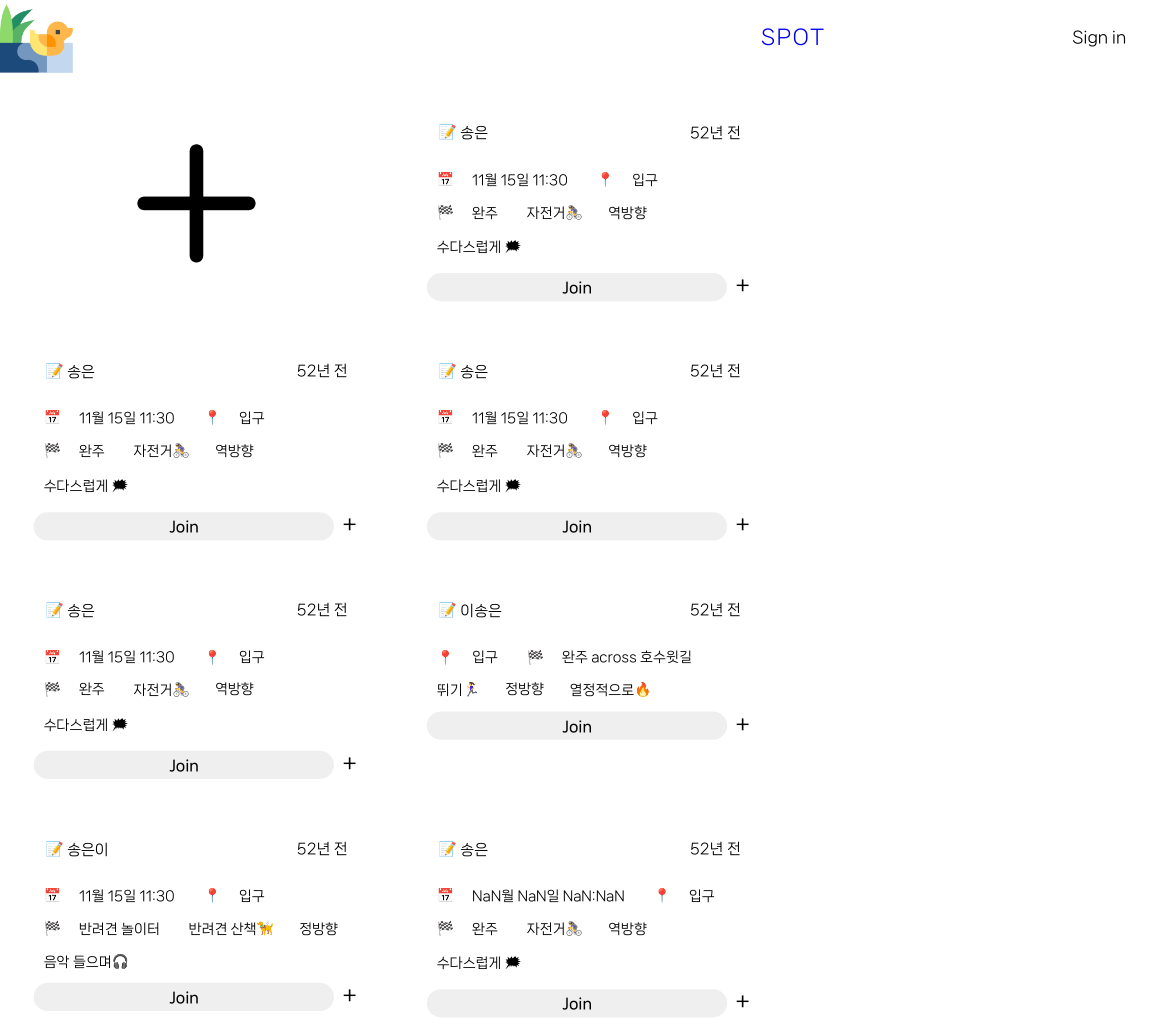
Repository: songeunleee/youngrangho
Page: /
An editor plug-in stored every save of this project. The page is shown before and after the next save, followed by the edit.
The browser window is 1280 px wide. The pictures show the whole page, at 91% of full size.
The page's requests for data from a server got no answer. Some web libraries are served in a nearby version. The project was rebuilt for these pictures with package versions that can differ from the ones it lists, and the page was loaded fresh each time. Some packages were replaced by stand-ins written for this rebuild. No one was signed in, and anything a server would have sent is missing. Also part of the build but not shown: src/app.module.css, src/components/add_card/add_card.module.css, src/components/add_card/add_card.jsx, src/components/activity/activity.module.css, src/components/add_form/add_form.module.css, src/components/add_form/add_form.jsx, src/components/footer/footer.module.css, src/components/footer/footer.jsx and 10 more.

Above is the page before, as saved 2022-11-12 03:16:18.

### public/index.html
<!DOCTYPE html>
<html lang="en">
  <head>
    <meta charset="utf-8" />
    <script src="https://cdn.jsdelivr.net/npm/sweetalert2@10"></script>
    <script
      src="https://kit.fontawesome.com/7fb71a1d7b.js"
      crossorigin="anonymous"
    ></script>
    <link rel="icon" href="%PUBLIC_URL%/favicon.ico" />
    <meta name="viewport" content="width=device-width, initial-scale=1" />
    <meta name="theme-color" content="#000000" />
    <link rel="preconnect" href="https://fonts.googleapis.com" />
    <link rel="preconnect" href="https://fonts.gstatic.com" crossorigin />
    <link
      href="https://fonts.googleapis.com/css2?family=Noto+Sans+KR:wght@100;300;400&family=Noto+Serif+KR:wght@200;400&family=Varela+Round&display=swap"
      rel="stylesheet"
    />

    <meta
      name="description"
      content="Web site created using create-react-app"
    />
    <link rel="apple-touch-icon" href="%PUBLIC_URL%/logo192.png" />
    <!--
      manifest.json provides metadata used when your web app is installed on a
      user's mobile device or desktop. See https://developers.google.com/web/fundamentals/web-app-manifest/
    -->
    <link rel="manifest" href="%PUBLIC_URL%/manifest.json" />
    <!--
      Notice the use of %PUBLIC_URL% in the tags above.
      It will be replaced with the URL of the `public` folder during the build.
      Only files inside the `public` folder can be referenced from the HTML.

      Unlike "/favicon.ico" or "favicon.ico", "%PUBLIC_URL%/favicon.ico" will
      work correctly both with client-side routing and a non-root public URL.
      Learn how to configure a non-root public URL by running `npm run build`.
    -->
    <title>React App</title>
  </head>
  <body>
    <noscript>You need to enable JavaScript to run this app.</noscript>
    <div id="root"></div>
    <!--
      This HTML file is a template.
      If you open it directly in the browser, you will see an empty page.

      You can add webfonts, meta tags, or analytics to this file.
      The build step will place the bundled scripts into the <body> tag.

      To begin the development, run `npm start` or `yarn start`.
      To create a production bundle, use `npm run build` or `yarn build`.
    -->
  </body>
</html>

### src/index.css
@font-face {
  font-family: "font1";
  src: url("../public/fonts/NanumSquareNeo-aLt.ttf") format("truetype");
  font-weight: normal;
}

@font-face {
  font-family: "font2";
  src: url("../public/fonts/NanumSquareNeo-bRg.ttf") format("truetype");
  font-weight: bold;
}

@font-face {
  font-family: "font3";
  src: url("../public/fonts/NanumSquareNeo-cBd.ttf") format("truetype");
  font-weight: bold;
}

@font-face {
  font-family: "font4";
  src: url("../public/fonts/NanumSquareNeo-eHv.ttf") format("truetype");
  font-weight: bold;
}
body {
  margin: 0;
  font-family: -apple-system, BlinkMacSystemFont, "Segoe UI", "Roboto", "Oxygen",
    "Ubuntu", "Cantarell", "Fira Sans", "Droid Sans", "Helvetica Neue",
    sans-serif;
  -webkit-font-smoothing: antialiased;
  -moz-osx-font-smoothing: grayscale;
  height: 100%;
}

code {
  font-family: source-code-pro, Menlo, Monaco, Consolas, "Courier New",
    monospace;
}
html {
}
#root {
  margin: 0;
  display: flex;
  flex-direction: column;
  height: 100%;
}

### src/app.jsx
import { useEffect, useState } from "react";
import { BrowserRouter, Route, Routes } from "react-router-dom";
import styles from "./app.module.css";
import Activity from "./components/activity/activity";
import AddForm from "./components/add_form/add_form";
import Footer from "./components/footer/footer";
import Header from "./components/header/header";
import Home from "./components/home/home";
import Spot from "./components/spot/spot";

function App({ authService, fileUpload, repository }) {
  const [user, setUser] = useState(null);

  const getUser = (user) => {
    setUser(user);
  };

  useEffect(() => {
    authService.onAuthChange((user) => {
      if (user) {
        setUser(user);
      } else {
      }
    });
  }, [authService]);

  return (
    <>
      <BrowserRouter>
        <Header authService={authService} getUser={getUser} user={user} />
        <Routes>
          <Route
            path="/"
            element={
              <Activity
                authService={authService}
                repository={repository}
                user={user}
              />
            }
          />
          <Route
            path="/activity"
            element={
              <Activity
                authService={authService}
                repository={repository}
                user={user}
              />
            }
          />
          <Route
            path="/spot"
            element={
              <Spot
                authService={authService}
                user={user}
                fileUpload={fileUpload}
                repository={repository}
              />
            }
          />
          <Route
            path="/add"
            element={<AddForm user={user} repository={repository} />}
          />
        </Routes>
      </BrowserRouter>
    </>
  );
}

export default App;

### src/components/header/header.jsx
import React, { useEffect } from "react";
import { useState } from "react";
import { Link, useLocation } from "react-router-dom";
import styles from "./header.module.css";

const Header = ({ authService, getUser, user }) => {
  const location = useLocation().pathname;

  const isSpot = (location) => {
    return location === "/spot" ? true : false;
  };

  const onSignin = () => {
    authService.signin().then((data) => getUser(data.user));
  };

  const onSignout = () => {
    authService.signout();
    getUser(null);
  };

  return (
    <header className={styles.header}>
      <Link
        className={`${styles.logolink} ${
          !isSpot(location) ? styles.activity : null
        } `}
        to={"/"}
      >
        <img className={styles.logo} src="./images/duck (1).png" alt="" />
      </Link>
      <Link
        className={`${styles.link} ${
          !isSpot(location) ? styles.activity : null
        }`}
        to={"/activity"}
      >
        ACTIVITY
      </Link>
      <Link
        className={`${styles.link} ${isSpot(location) ? styles.spot : null}`}
        to={"/spot"}
      >
        SPOT
      </Link>

      {user ? (
        <div className={styles.signIn}>
          <img className={styles.img} src={user.photoURL} alt="" />
          <p className={styles.name}>{user.displayName}</p>
          <button
            className={`${styles.button} ${styles.sign}`}
            onClick={onSignout}
          >
            Sign out
          </button>
        </div>
      ) : (
        <button className={`${styles.button}`} onClick={onSignin}>
          Sign in
        </button>
      )}
    </header>
  );
};

export default Header;

### src/components/activity_list/activity_list.jsx
import React from "react";
import { useNavigate } from "react-router-dom";
import ActivityItem from "../activity_item/activity_item";
import AddCard from "../add_card/add_card";
import styles from "./activity_list.module.css";

const ActivityList = ({ cards, user, addJoin, DropJoin }) => {
  const navigate = useNavigate();
  const clickAddCard = () => {
    navigate("/add");
  };
  return (
    <section className={styles.container}>
      <div className={styles.list}>
        <div onClick={clickAddCard} className={styles.box}>
          <div className={styles.addCard}>
            <i className={`fa-solid fa-plus ${styles.img}`}></i>
          </div>
        </div>
        {Object.keys(cards)
          .map((key) => (
            <ActivityItem
              key={key}
              card={cards[key]}
              user={user}
              addJoin={addJoin}
              DropJoin={DropJoin}
            />
          ))
          .reverse()}
      </div>
    </section>
  );
};

export default ActivityList;

### src/components/header/header.module.css
@value mainBlue, mainLightBlue,sideBlue, textWhite from '../../common/colors.css';
@value mediaQuery from '../../common/size.css';

.header {
  display: flex;
  height: 5rem;
  align-items: center;
  position: relative;
}
.logolink {
  height: 100%;
}

.logolink.activity {
  background-color: white;
}
.logo {
  height: 100%;

  transition: all 150ms ease-in;
}

.logo:hover {
  background-color: mainBlue;
}
.link {
  height: 100%;
  display: flex;
  justify-content: center;
  align-items: center;
  flex: 0.8;
  text-decoration: none;
  color: mainBlue;
  font-size: 1.4rem;
  font-family: "font2";
  letter-spacing: 2px;
  font-weight: 500;
  text-align: center;
  transition: letter-spacing 150ms ease-in;
}

.link.spot {
  background-color: mainBlue;
  color: white;
}

.link.activity {
  background-color: mainBlue;
  color: white;
}

.signIn {
  flex: 0.4;
  display: flex;
  justify-content: center;
  align-items: center;
  padding-left: 0.5rem;
  padding-right: 0.5rem;
}

.img {
  border-radius: 50%;
  width: 50px;
  height: 50px;
}

.name {
  padding-left: 1rem;
  padding-right: 1rem;
  font-family: "font3";
  color: sideBlue;
}

.button.sign {
  flex: 0.6;
  width: 100%;
}

.button {
  font-size: 1.1rem;
  font-weight: 500;
  font-family: "font2";
  flex: 0.2;
  background: none;
  cursor: pointer;
  border: none;
  color: mainBlue;
  transition: letter-spacing 250ms ease-in;
}

.link:hover {
  letter-spacing: 0;
}

.button:hover {
  letter-spacing: 1px;
}

@media screen and (max-width: mediaQuery) {
  .name {
    display: none;
  }
  .img {
    display: none;
  }
  .logolink {
    display: none;
  }
}

### src/components/activity_item/activity_item.jsx
import React from "react";
import { useState } from "react";
import { useEffect } from "react";
import { useRef } from "react";
import JoinList from "../join_list/join_list";
import styles from "./activity_item.module.css";

const ActivityItem = ({ card, addJoin, DropJoin, user }) => {
  const [joinListShow, setJoinListShow] = useState(false);
  const [showDropOut, setShowDropOut] = useState(false);
  const [showJoin, setShowJoin] = useState(true);
  const [showDelete, setShowDelete] = useState(false);
  const {
    id,
    author,
    createTime,
    appointment,
    mean,
    course,
    departure,
    goal,
    mode,
    joinList,
    userUid,
  } = card;

  useEffect(() => {
    if ((user && user.uid) === userUid) {
      setShowJoin(false);
      setShowDelete(true);
    } else {
      setShowDropOut(false);
      setShowJoin(true);
      setJoinListShow(false);
      setShowDelete(false);
      if (
        user &&
        joinList &&
        card.joinList.filter((item) => item.userImg == user.photoURL).length > 0
      ) {
        setShowDropOut(true);
        setShowJoin(false);
      }
    }
  }, [user]);

  const clickJoinList = () => {
    setJoinListShow(!joinListShow);
    console.log(card);
  };

  const clickJoin = (card) => {
    user && setShowJoin(false);
    user && setShowDropOut(true);
    user && setJoinListShow(true);
    user && addJoin(card);
  };

  const clickDropOut = (card) => {
    setShowJoin(true);
    setShowDropOut(false);
    DropJoin(card);
  };

  const publishedAt = (publishedAt) => {
    const now = new Date();
    const time = new Date(publishedAt);

    const t = (now - time) / 1000;

    if (t < 60) return Math.floor(t) + "초 전";
    const tm = t / 60;
    if (tm < 60) return Math.floor(tm) + "분 전";
    const th = tm / 60;
    if (th < 24) return Math.floor(th) + "시간 전";
    const td = th / 24;
    if (td < 8) return Math.floor(td) + "일 전";
    const tw = td / 7;
    if (tw < 5) return Math.floor(tw) + "주 전";
    const tmon = td / 30;
    if (tw < 30) return Math.floor(tmon) + "달 전";
    const ty = td / 365;
    return Math.floor(ty) + "년 전";
  };

  const appointmentTime = (appointment) => {
    return (
      new Date(appointment).getMonth() +
      1 +
      "월 " +
      new Date(appointment).getDate() +
      "일 " +
      new Date(appointment).getHours() +
      ":" +
      new Date(appointment).getMinutes() +
      ""
    );
  };
  console.log(appointmentTime(appointment));
  return (
    <section className={styles.container}>
      <div className={styles.card}>
        <div className={styles.info}>
          <p className={styles.author}>📝 {author}</p>
          <p className={styles.createTime}>{publishedAt(id)}</p>
        </div>
        <div className={styles.contentBox}>
          <div className={styles.content}>
            {appointment && (
              <div className={`${styles.chip} ${styles.goal}`}>
                <div className={styles.G}>📅</div>
                {appointmentTime(appointment)}&nbsp;
                <i
                  className={`fa-solid fa-circle-xmark ${styles.chipDelete} ${
                    showDelete && styles.showDelete
                  }`}
                ></i>
              </div>
            )}
            {departure && (
              <div className={`${styles.chip} ${styles.goal}`}>
                <div className={styles.G}>📍</div>
                {departure}&nbsp;
                <i
                  className={`fa-solid fa-circle-xmark ${styles.chipDelete} ${
                    showDelete && styles.showDelete
                  }`}
                ></i>
              </div>
            )}
            {goal && (
              <div className={`${styles.chip} ${styles.goal}`}>
                <div className={styles.G}>🏁</div>
                {goal}&nbsp;
                <i
                  className={`fa-solid fa-circle-xmark ${styles.chipDelete} ${
                    showDelete && styles.showDelete
                  }`}
                ></i>
              </div>
            )}
            {mean && (
              <div className={`${styles.chip} ${styles.mean}`}>
                {mean}
                <i
                  className={`fa-solid fa-circle-xmark ${styles.chipDelete} ${
                    showDelete && styles.showDelete
                  }`}
                ></i>
              </div>
            )}
            {course && (
              <div className={`${styles.chip} ${styles.course}`}>
                {course}
                <i
                  className={`fa-solid fa-circle-xmark ${styles.chipDelete} ${
                    showDelete && styles.showDelete
                  }`}
                ></i>
              </div>
            )}
            {mode && (
              <div className={`${styles.chip} ${styles.mode}`}>
                {mode}
                <i
                  className={`fa-solid fa-circle-xmark ${styles.chipDelete} ${
                    showDelete && styles.showDelete
                  }`}
                ></i>
              </div>
            )}
          </div>
        </div>
        <div className={styles.btnBox}>
          <div className={styles.display}>
            <button
              onClick={() => clickJoin(card)}
              className={`${styles.btns} ${styles.joinBtn} ${
                showJoin && styles.showJoin
              }`}
            >
              Join
            </button>
            <button
              onClick={() => clickDropOut(card)}
              className={` ${styles.btns} ${styles.dropBtn}  ${
                showDropOut && styles.showDropBtn
              }`}
            >
              Drop Out
            </button>
            <button
              className={`${styles.btns} ${styles.delete} ${
                showDelete && styles.showDelete
              }`}
            >
              Delete
            </button>
          </div>
          <button onClick={clickJoinList} className={styles.joinlistBtn}>
            +
          </button>
        </div>
      </div>
      <div className={`${styles.joinList} ${joinListShow && styles.showList}`}>
        {joinList && <JoinList joinList={joinList} />}
      </div>
    </section>
  );
};

export default ActivityItem;

### src/components/activity_list/activity_list.module.css
@value mediaQuery1, mediaQuery2 from '../../common/size.css';
@value joinColor,deleteColor,mainBlue,mainLightBlue,sideBlue,textWhite from '../../common/colors.css';

.container {
  display: flex;
  justify-content: center;
}

.box {
  margin: 1rem 1rem;
  margin-bottom: 0;
  padding: 0.5rem 10px;
  width: 380px;
  transition: all ease-in 200ms;
}

.addCard {
  display: flex;
  justify-content: center;
  align-items: center;
  border: 5px dashed mainLightBlue;
  height: 224px;
  animation: fade-in 1s;
  animation-fill-mode: forwards;

  border-radius: 18px;
}

.img {
  font-size: 10rem;
  font-weight: 100;
  color: mainLightBlue;
}

.box:hover {
  transform: scale(1.02);
}

.list {
  width: 1300px;
  display: flex;

  flex-wrap: wrap;

  margin-top: 0.5rem;
}

@media screen and (max-width: mediaQuery1) {
  .list {
    width: 865px;
  }
}

@media screen and (max-width: mediaQuery2) {
  .list {
    width: 450px;
  }
}

### src/components/join_list/join_list.jsx
import React from "react";
import JoinItem from "../join_item/join_item";
import styles from "./join_list.module.css";
const JoinList = ({ joinList }) => {
  return (
    <div>
      {joinList.map((user, i) => (
        <JoinItem key={user.userImg} user={user} />
      ))}
    </div>
  );
};

export default JoinList;

### src/components/activity_item/activity_item.module.css
@value joinColor,deleteColor,mainBlue,mainLightBlue,sideBlue,textWhite from '../../common/colors.css';

* {
  font-family: font2;
}

.container {
  margin: 1rem 1rem;
  margin-bottom: 0;
  padding: 0.5rem 10px;
  max-width: 380px;
  justify-items: center;
}

.card {
  border: 1px mainLightBlue solid;

  padding: 0.5rem 0.5rem;
  animation: fade-in 1s;
  animation-fill-mode: forwards;
}
.info {
  display: flex;
  justify-content: space-between;
  padding: 0.5rem;
  padding-bottom: 1rem;
  margin: 0.5rem;

  border-bottom: 1px dashed mainBlue;
}
.author {
  margin: 0;
}
.createTime {
  margin: 0;
}

.contentBox {
  display: flex;
  flex: 1;
  align-items: center;
}
.content {
  display: flex;
  flex-wrap: wrap;
}
.chip {
  font-size: 15px;
  flex-wrap: nowrap;
  background-color: mainLightBlue;
  width: fit-content;
  border-radius: 18px;
  padding: 5px 10px;
  margin: 0.25rem 0.25rem;
  display: flex;
  align-items: center;
  cursor: pointer;
  transition: transform 200ms ease-in;
}

.chip.appointment {
  background-color: mainBlue;
}

.chip.goal {
  padding-top: 0;
  padding-bottom: 0;
}

.G {
  position: relative;
  background-color: sideBlue;
  border-radius: 18px;
  padding-top: 5px;
  padding-bottom: 5px;
  padding-right: 10px;
  padding-left: 10px;
  right: 10px;
}

.chip:hover {
  filter: brightness(95%);
}
.chipDelete {
  display: none;
  color: rgb(255, 255, 255);
  margin-left: 0.3rem;
  opacity: 0.9;
  border: none;
}

.chipDelete.showDelete {
  display: inline;
}

.btnBox {
  display: flex;
}

.display {
  display: flex;
  flex-direction: column;
  flex: 1;
}

.btns {
  font-size: 1rem;
  font-family: font3;
  padding: 0.4rem;
  margin: 0.2rem;
  margin-top: 0.4rem;
  border-radius: 18px;
  border: none;
  cursor: pointer;
  transition: all ease 200ms;
}

.joinBtn {
  display: none;
}

.joinBtn.showJoin {
  display: inline;
}

.joinBtn:hover {
  background-color: joinColor;
  transform: scale(1.02);
}

.dropBtn {
  display: none;
  background-color: joinColor;
}

.dropBtn.showDropBtn {
  display: inline;
}

.dropBtn:hover {
  background-color: lightgrey;
  transform: scale(1.02);
}

.delete {
  display: none;
  background-color: deleteColor;
}

.delete.showDelete {
  display: inline;
}

.delete:hover {
  transform: scale(1.02);
}

.joinlistBtn {
  background-color: white;
  border: none;
  font-size: 1.5rem;
  font-family: font2;
  color: sideBlue;
  cursor: pointer;
}

.joinList {
  display: none;
  padding-top: 0.25rem;
  border: 1px mainLightBlue solid;
  border-top: none;
}

.joinList.showList {
  display: flex;
  animation: fade-in 0.8s;
  animation-fill-mode: forwards;
}

@keyframes fade-in {
  0% {
    transform: translateY(-30%);
    opacity: 0;
  }
  20% {
    opacity: 0;
  }

  100% {
    transform: translateY(0);
    opacity: 1;
  }
}

### src/components/join_item/join_item.jsx
import React from "react";
import styles from "./join_item.module.css";

const JoinItem = ({ user }) => {
  return (
    <section className={styles.item}>
      <img className={styles.img} src={user.userImg} alt="" />
      <div className={styles.name}>{user.name}님이 함께하고 싶어합니다!</div>
    </section>
  );
};

export default JoinItem;

### src/components/join_item/join_item.module.css
.item {
  display: flex;
  align-items: center;
  margin: 0.5rem 0.7rem;
}

.img {
  width: 1.8rem;
  border-radius: 50%;
}

.name {
  margin-left: 0.5rem;
}

Loaded but not shown: src/service/repositiry.js (50 lines, source omitted); src/index.js (23 lines, source omitted); src/service/auth_service.js (28 lines, source omitted); src/service/firebase.js (13 lines, source omitted); src/service/file_upload.js (15 lines, source omitted); src/components/activity/activity.jsx (202 lines, source omitted); src/components/join_list/join_list.module.css (no stored copy; drawn as an empty file)

After the next save:
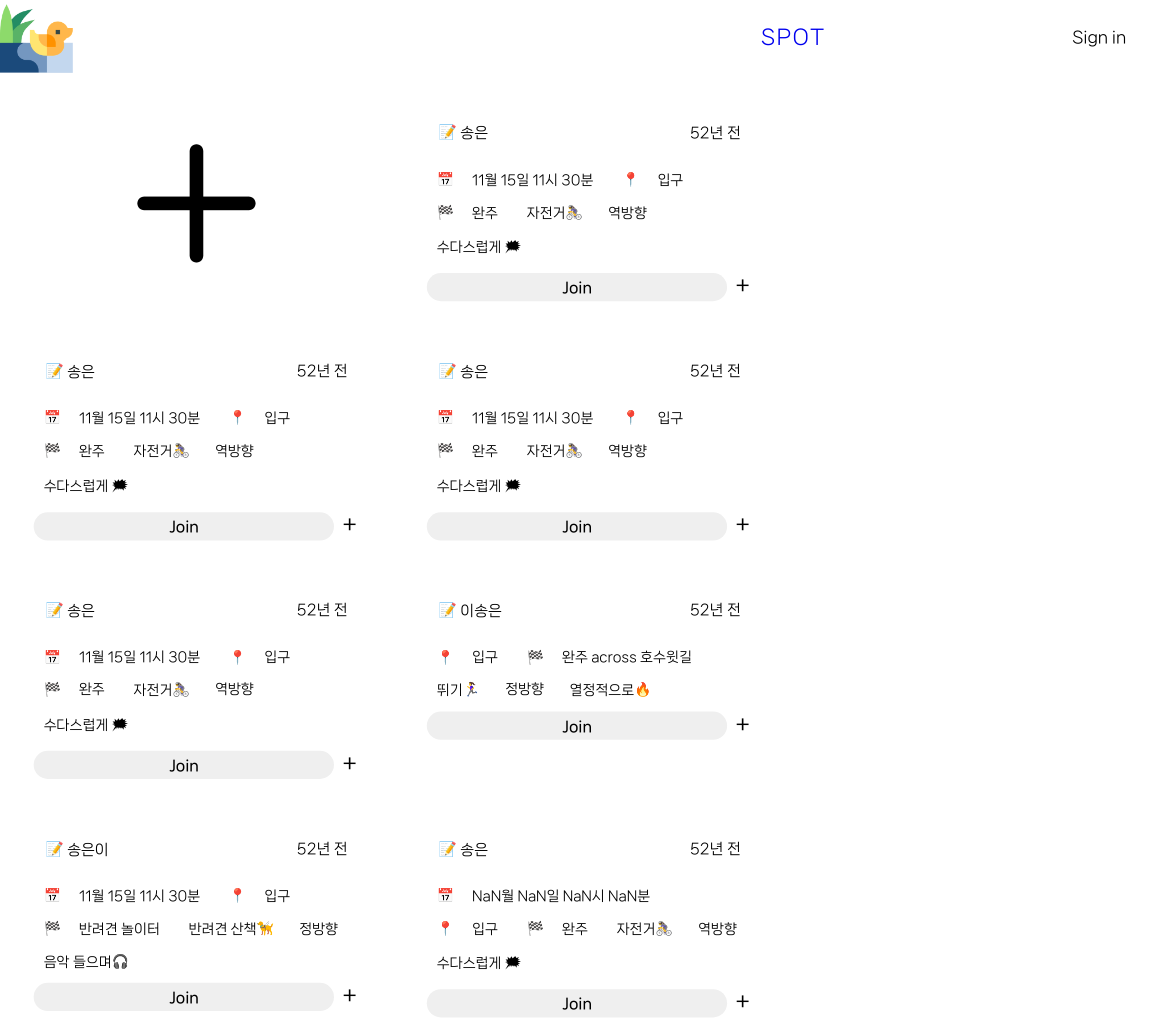
Saved 29 s later.
--- a/src/components/activity_item/activity_item.jsx
+++ b/src/components/activity_item/activity_item.jsx
@@ -91,9 +91,9 @@ const ActivityItem = ({ card, addJoin, DropJoin, user }) => {
       new Date(appointment).getDate() +
       "일 " +
       new Date(appointment).getHours() +
-      ":" +
+      "시 " +
       new Date(appointment).getMinutes() +
-      ""
+      "분"
     );
   };
   console.log(appointmentTime(appointment));
